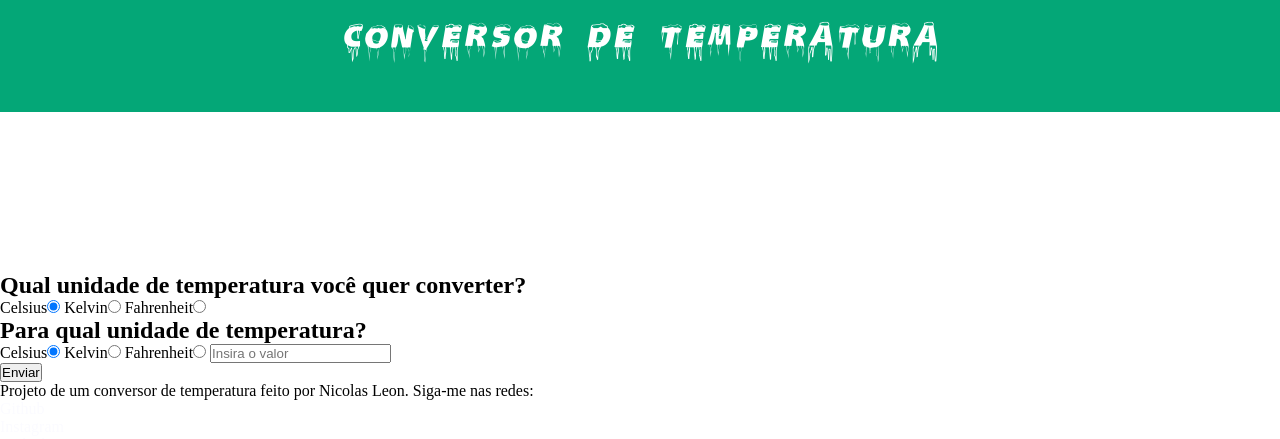
Repository: Leonngc/Conversor-de-temperatura
Page: index.html
The author's editor kept a copy of each file at every save. The page is drawn from the files as they stood at one save, then again after the next save.
The browser window is 1280 px wide. The pictures show the whole page.
Some icons come from a web library that is not loaded, so they are not drawn.

Above is the page before, as saved 2023-02-10 23:17:39.

After the next save:
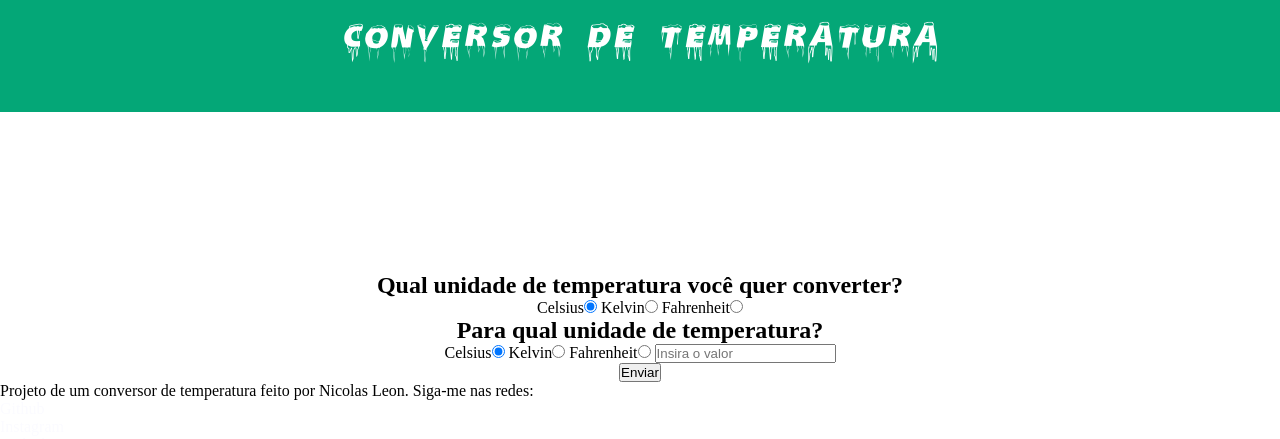
Saved 5 s later.
--- a/style.css
+++ b/style.css
@@ -72,4 +72,6 @@ li > a:hover{
     margin-bottom: 12px;
 }
 
-main{}
+main{
+    text-align: center;
+}
